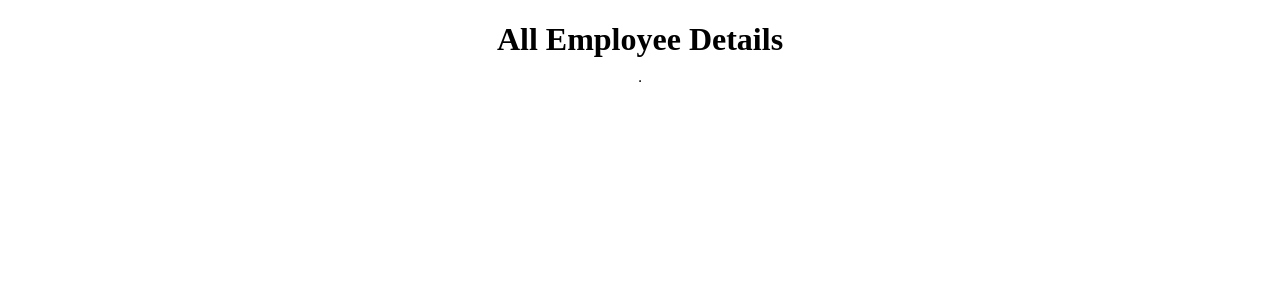
Repository: gajanansp07/Advance_Java_Practice
Page: http://localhost/JDBCCURD/ShowAllEMployee.jsp
An editor plug-in stored every save of this project. The page is shown before and after the next save, followed by the edit.
The browser window is 1280 px wide. The pictures show the whole page.
The page is served by Tomcat 9. Queries for data that is not in the repository find no rows.

Above is the page before, as saved 2022-03-17 17:31:07.

### JDBCCURD/src/main/webapp/ShowAllEMployee.jsp
<%@ page language="java" contentType="text/html; charset=ISO-8859-1"
    pageEncoding="ISO-8859-1"%>
<%@ page import="java.sql.*" %>
<!DOCTYPE html>
<html>
<head>
<meta charset="ISO-8859-1">
<title>Insert title here</title>
</head>
<body>
<h1 align="center"> All Employee Details </h1>
<%
try{
Class.forName("oracle.jdbc.driver.OracleDriver");
Connection con = DriverManager.getConnection("jdbc:oracle:thin:@localhost:1521:xe","admin","admin");
Statement stmt = con.createStatement();
ResultSet rs = stmt.executeQuery("select * from registration");
ResultSetMetaData rsm = rs.getMetaData();
int n=rsm.getColumnCount();
out.println("<table align='center' border='1'><tr>");
for(int i=1;i<=n;i++)
	out.println("<th>"+rsm.getColumnName(i)+"</th>");
out.println("</tr>");
while(rs.next()){
	out.println("<tr>");
	for(int i=1;i<=n;i++)
		out.println("<td>"+rs.getString(i)+"</td>");
	out.println("</tr>");
	}
	con.close();
}catch(Exception e){
	out.println(e);
}finally{
	out.println("<a href='UserHome.jsp'></a>");
}
%>

</body>
</html>

After the next save:
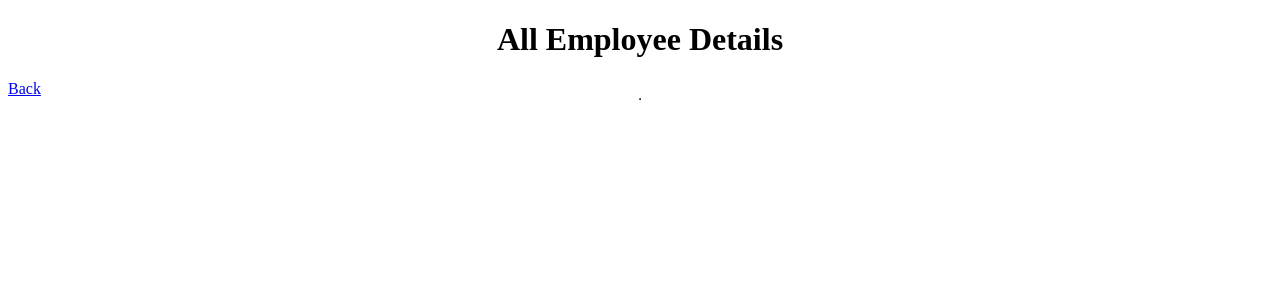
Saved 16 s later.
--- a/JDBCCURD/src/main/webapp/ShowAllEMployee.jsp
+++ b/JDBCCURD/src/main/webapp/ShowAllEMployee.jsp
@@ -31,7 +31,7 @@ while(rs.next()){
 }catch(Exception e){
 	out.println(e);
 }finally{
-	out.println("<a href='UserHome.jsp'></a>");
+	out.println("<a href='UserHome.jsp'>Back</a>");
 }
 %>
 
